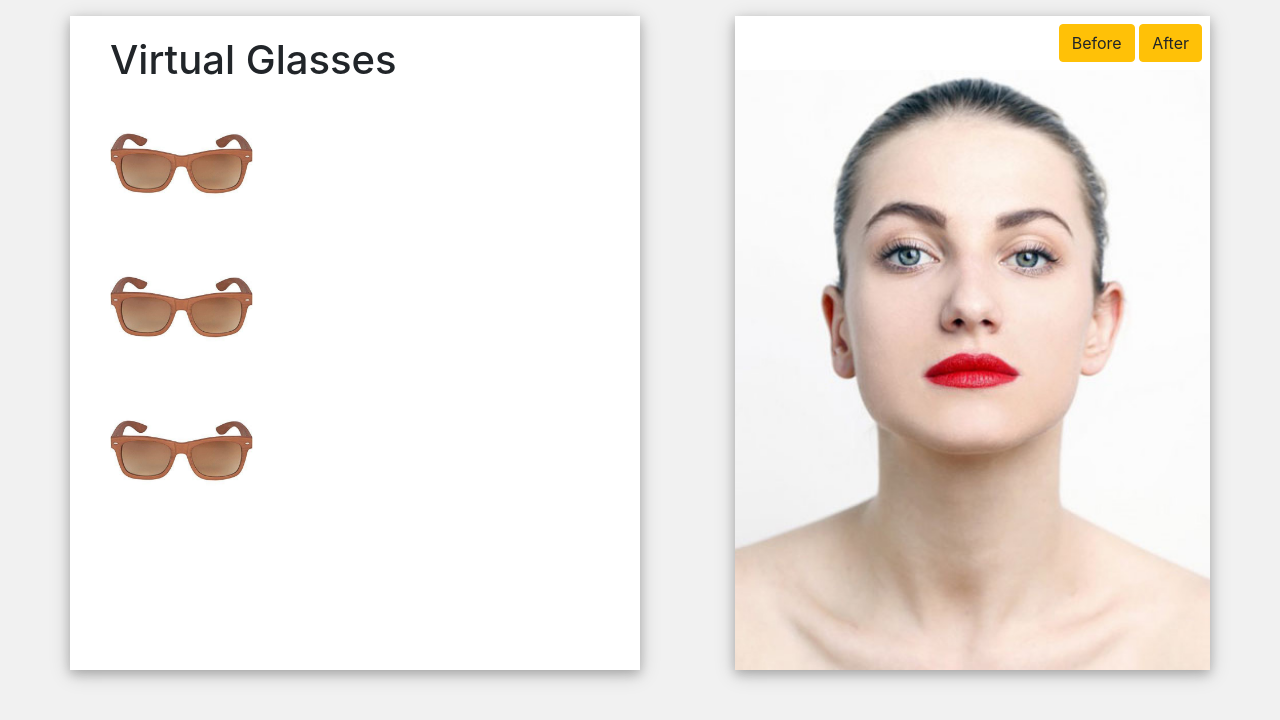
Repository: Khoi300399/BC35E_ES6_B2_MaThanhKhoi
Page: index.html
These files come from the project's save history. The page is drawn as it stood at one moment and after the next save; the edit follows.
The browser window is 1280 px wide. The pictures show the whole page.

Above is the page before, as saved 2022-10-21 17:43:16.

### index.html
<!DOCTYPE html>
<html lang="en">
  <head>
    <title>Virtual Glasses</title>
    <!-- Required meta tags -->
    <meta charset="utf-8" />
    <meta
      name="viewport"
      content="width=device-width, initial-scale=1, shrink-to-fit=no"
    />

    <!-- Bootstrap CSS -->
    <link
      rel="stylesheet"
      href="https://stackpath.bootstrapcdn.com/bootstrap/4.3.1/css/bootstrap.min.css"
      integrity="sha384-ggOyR0iXCbMQv3Xipma34MD+dH/1fQ784/j6cY/iJTQUOhcWr7x9JvoRxT2MZw1T"
      crossorigin="anonymous"
    />

    <!-- Main CSS -->
    <link rel="stylesheet" href="./css/index.css" />
  </head>

  <body>
    <div class="container vglasses py-3">
      <div class="row justify-content-between">
        <div class="col-6 vglasses__left">
          <div class="row">
            <div class="col-12">
              <h1 class="mb-2">Virtual Glasses</h1>
            </div>
          </div>
          <div class="row" id="vglassesList">
            <div class="col-4 .vglasses__items">
              <img src="./img/g1.jpg" alt="" />
              <img src="./img/g1.jpg" alt="" />
              <img src="./img/g1.jpg" alt="" />
            </div>
          </div>
        </div>
        <div class="col-5 vglasses__right p-0">
          <div class="vglasses__card">
            <div class="mb-2 text-right mt-2 mr-2">
              <button class="btn btn-warning" onclick="removeGlasses(false)">
                Before
              </button>
              <button class="btn btn-warning" onclick="removeGlasses(true)">
                After
              </button>
            </div>
            <div class="vglasses__model" id="avatar"></div>
            <div id="glassesInfo" class="vglasses__info"></div>
          </div>
        </div>
      </div>
    </div>

    <!-- Optional JavaScript -->
    <!-- jQuery first, then Popper.js, then Bootstrap JS -->
    <script
      src="https://code.jquery.com/jquery-3.4.1.js"
      integrity="sha256-WpOohJOqMqqyKL9FccASB9O0KwACQJpFTUBLTYOVvVU="
      crossorigin="anonymous"
    ></script>
    <!-- <script src="https://code.jquery.com/jquery-3.3.1.slim.min.js" integrity="sha384-q8i/X+965DzO0rT7abK41JStQIAqVgRVzpbzo5smXKp4YfRvH+8abtTE1Pi6jizo" crossorigin="anonymous"></script> -->
    <script
      src="https://cdnjs.cloudflare.com/ajax/libs/popper.js/1.14.7/umd/popper.min.js"
      integrity="sha384-UO2eT0CpHqdSJQ6hJty5KVphtPhzWj9WO1clHTMGa3JDZwrnQq4sF86dIHNDz0W1"
      crossorigin="anonymous"
    ></script>
    <script
      src="https://stackpath.bootstrapcdn.com/bootstrap/4.3.1/js/bootstrap.min.js"
      integrity="sha384-JjSmVgyd0p3pXB1rRibZUAYoIIy6OrQ6VrjIEaFf/nJGzIxFDsf4x0xIM+B07jRM"
      crossorigin="anonymous"
    ></script>

    <!-- MAIN JS -->
    <script type="module" src="./js/main.js"></script>
  </body>
</html>

### css/index.css
/* GLOBAL */
* {
  box-sizing: border-box;
}
body {
  background: #f1f1f1;
}

/* MAIN CSS */
.vglasses__left {
  background-color: white;
  padding: 20px 40px;
  box-shadow: 0 4px 10px 0 rgba(0, 0, 0, 0.2), 0 4px 20px 0 rgba(0, 0, 0, 0.19);
}
.vglasses__left .col-4 {
  align-self: center;
}
.vglasses__items {
  cursor: pointer;
  width: 50px;
  height: 50px;
}

.vglasses__left img {
  width: 100%;
  height: 100%;
}

.vglasses__right {
  box-shadow: 0 4px 10px 0 rgba(0, 0, 0, 0.2), 0 4px 20px 0 rgba(0, 0, 0, 0.19);
}

.vglasses__model {
  background-image: url("../img/model.jpg");
  background-position: center top;
  background-size: cover;
  height: 600px;
}

.vglasses__model img {
  position: absolute;
  top: 32%;
  left: 25%;
  width: 238px;
  height: 85px;
  opacity: 0.9;
}

.vglasses__card {
  position: relative;
  overflow: hidden;
  background-color: white;
}

.vglasses__info {
  position: absolute;
  bottom: 0;
  left: 0;
  background-color: rgba(0, 0, 0, 0.7);
  width: 100%;
  color: white;
  padding: 20px;
  display: none;
}

#glasses {
  transition: all 0.5s;
}

### js/main.js
let dataGlasses = [
    { id: "G1", src: "./img/g1.jpg", virtualImg: "./img/v1.png", brand: "Armani Exchange", name: "Bamboo wood", color: "Brown", price: 150, description: "Lorem ipsum dolor sit amet consectetur adipisicing elit. Nobis ea voluptates officiis? " },
    { id: "G2", src: "./img/g2.jpg", virtualImg: "./img/v2.png", brand: "Arnette", name: "American flag", color: "American flag", price: 150, description: "Lorem ipsum dolor, sit amet consectetur adipisicing elit. In assumenda earum eaque doloremque, tempore distinctio." },
    { id: "G3", src: "./img/g3.jpg", virtualImg: "./img/v3.png", brand: "Burberry", name: "Belt of Hippolyte", color: "Blue", price: 100, description: "Lorem ipsum dolor, sit amet consectetur adipisicing elit." },
    { id: "G4", src: "./img/g4.jpg", virtualImg: "./img/v4.png", brand: "Coarch", name: "Cretan Bull", color: "Red", price: 100, description: "In assumenda earum eaque doloremque, tempore distinctio." },
    { id: "G5", src: "./img/g5.jpg", virtualImg: "./img/v5.png", brand: "D&G", name: "JOYRIDE", color: "Gold", price: 180, description: "Lorem ipsum dolor, sit amet consectetur adipisicing elit. Error odio minima sit labore optio officia?" },
    { id: "G6", src: "./img/g6.jpg", virtualImg: "./img/v6.png", brand: "Polo", name: "NATTY ICE", color: "Blue, White", price: 120, description: "Lorem ipsum dolor, sit amet consectetur adipisicing elit." },
    { id: "G7", src: "./img/g7.jpg", virtualImg: "./img/v7.png", brand: "Ralph", name: "TORTOISE", color: "Black, Yellow", price: 120, description: "Lorem ipsum dolor sit amet consectetur adipisicing elit. Enim sint nobis incidunt non voluptate quibusdam." },
    { id: "G8", src: "./img/g8.jpg", virtualImg: "./img/v8.png", brand: "Polo", name: "NATTY ICE", color: "Red, Black", price: 120, description: "Lorem ipsum dolor sit amet consectetur adipisicing elit. Reprehenderit, unde enim." },
    { id: "G9", src: "./img/g9.jpg", virtualImg: "./img/v9.png", brand: "Coarch", name: "MIDNIGHT VIXEN REMIX", color: "Blue, Black", price: 120, description: "Lorem ipsum dolor sit amet consectetur adipisicing elit. Sit consequatur soluta ad aut laborum amet." }
];

After the next save:
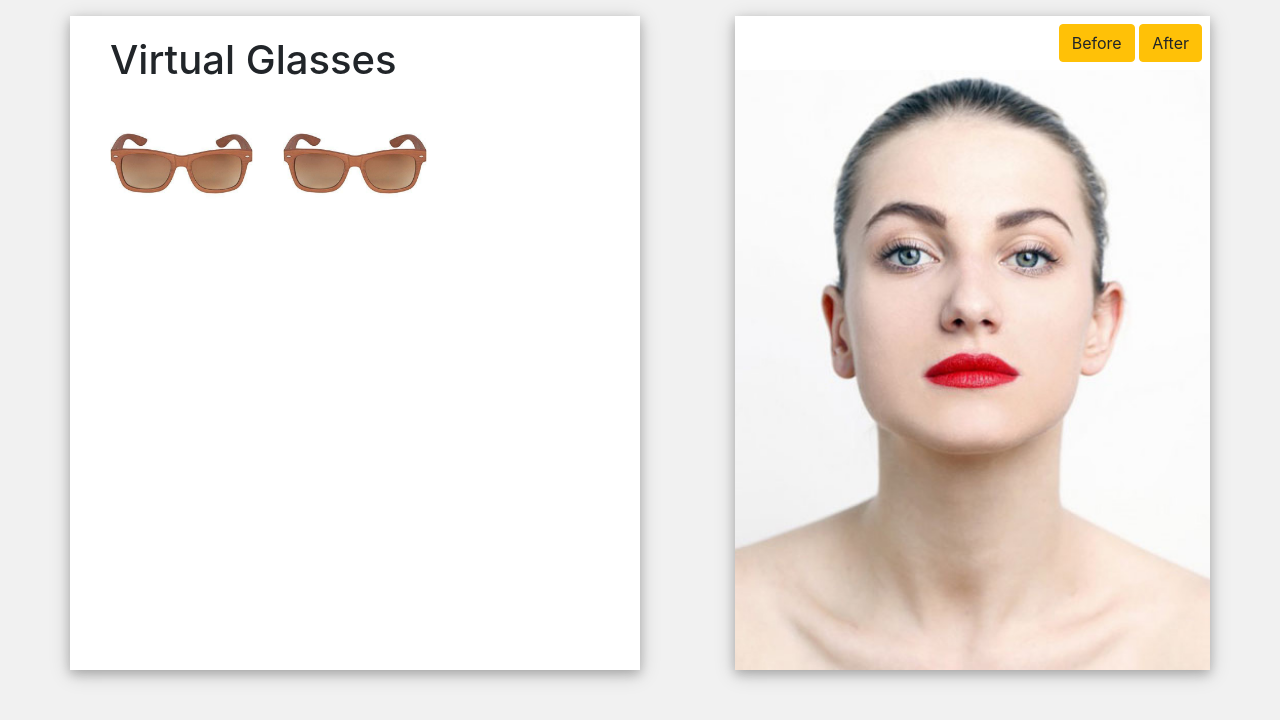
Saved 14 s later.
--- a/index.html
+++ b/index.html
@@ -33,7 +33,9 @@
           <div class="row" id="vglassesList">
             <div class="col-4 .vglasses__items">
               <img src="./img/g1.jpg" alt="" />
-              <img src="./img/g1.jpg" alt="" />
+            </div>
+
+            <div class="col-4 .vglasses__items">
               <img src="./img/g1.jpg" alt="" />
             </div>
           </div>
